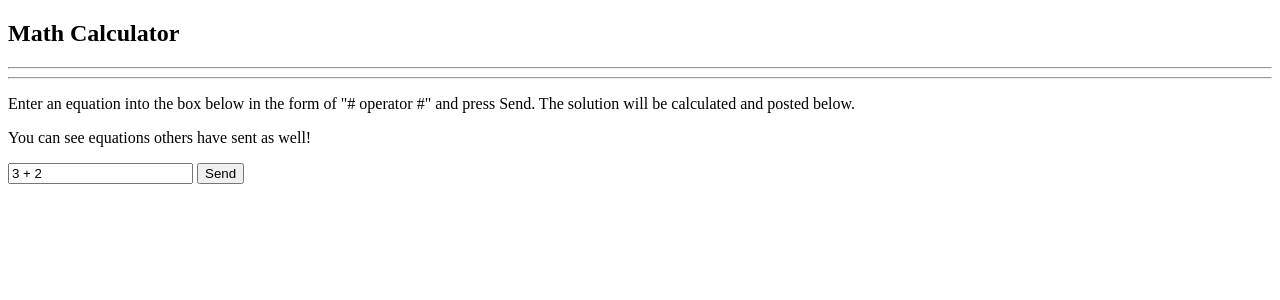
Repository: robinexcalibur/BasicMathServer
Page: EclipseMathWebServer/MathWebServer/WebContent/index.html
The author's editor kept a copy of each file at every save. The page is drawn from the files as they stood at one save, then again after the next save.
The browser window is 1280 px wide. The pictures show the whole page.
The page's requests for data from a server got no answer.

Above is the page before, as saved 2020-05-27 18:52:35.

After the next save:
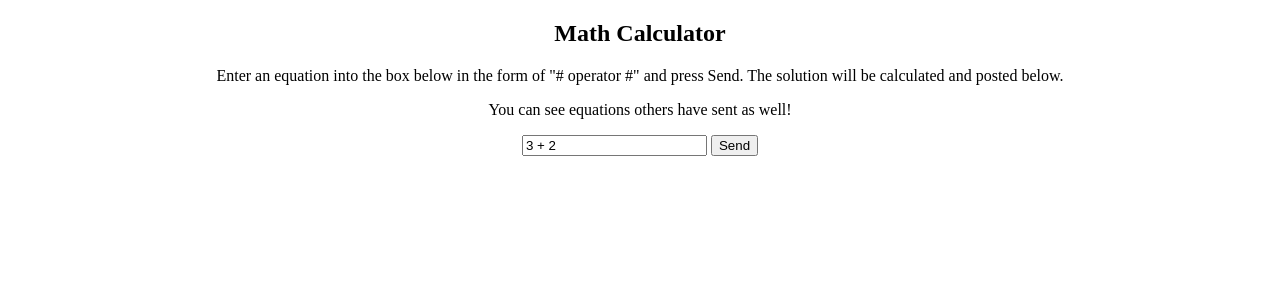
Saved 2 min 2 s later.
--- a/EclipseMathWebServer/MathWebServer/WebContent/index.html
+++ b/EclipseMathWebServer/MathWebServer/WebContent/index.html
@@ -23,7 +23,6 @@
 
 
 		function postChat(){
-			console.log("posting chat");
 			var ajaxPostRequest = new XMLHttpRequest();
 			ajaxPostRequest.open("POST", "/MathWebServer/math");
 			ajaxPostRequest.setRequestHeader("Content-type", "application/x-www-form-urlencoded");
@@ -34,16 +33,15 @@
 	</script>
 </head>
 <body onload="getMessages()">
+	<center>
 	<h2>Math Calculator</h2>
-	<hr />
-
-	<hr />
 	<p>Enter an equation into the box below in the form of "# operator #" and press Send. The solution will be calculated and posted below.</p>
 	<p>You can see equations others have sent as well!</p>
 	<input id="equation" type="text" name="equation" value="3 + 2">
 	<input type="submit" value="Send" onclick="postChat()">
 
 	<div id="chats"></div>
+	</center>
 
 </body>
 </html>
